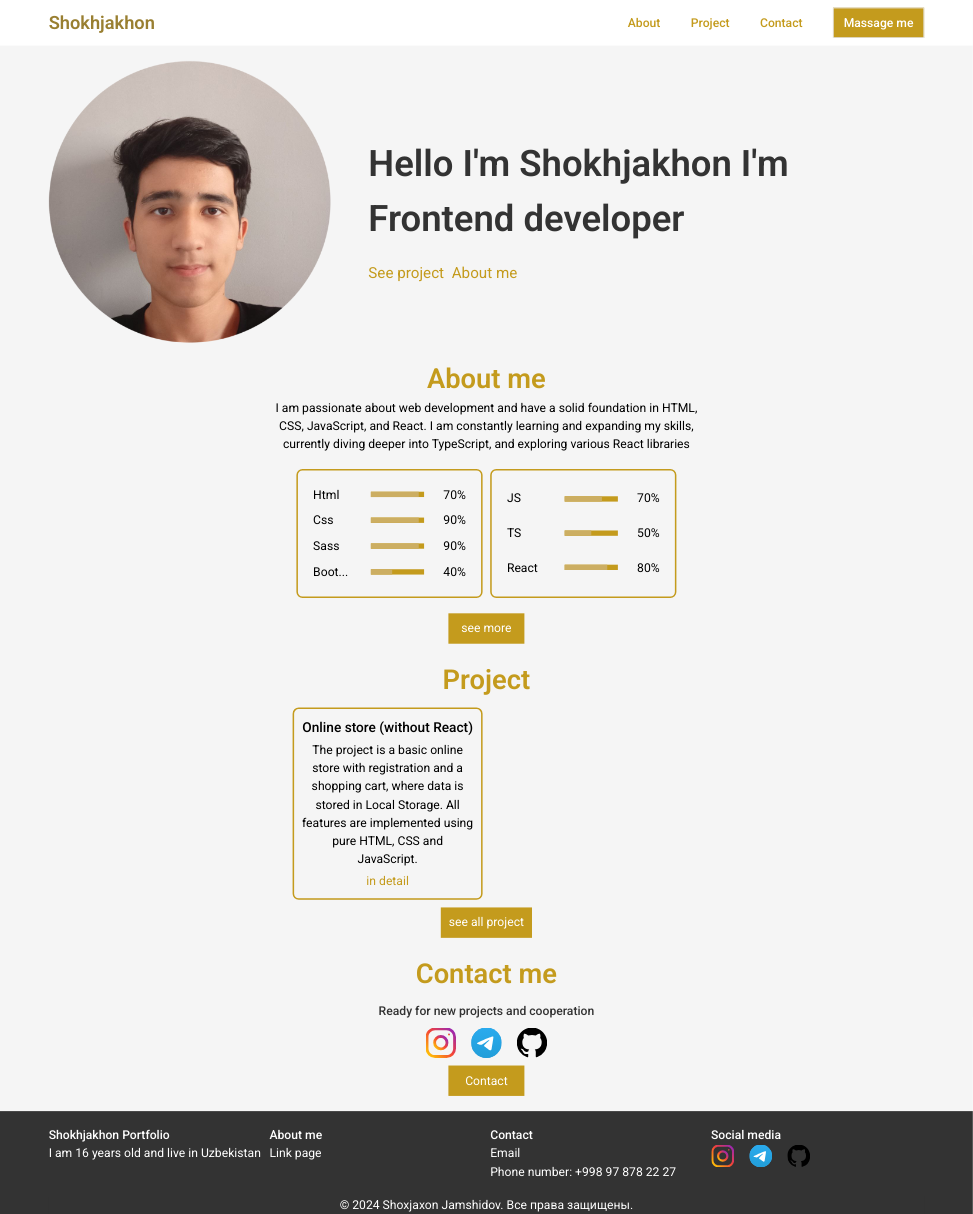
Repository: usershoh/My-Portfolio
Page: /
The author's editor kept a copy of each file at every save. The page is drawn from the files as they stood at one save, then again after a run of saves.
The browser window is 1280 px wide. The pictures show the whole page, at 76% of full size.
The project was rebuilt for these pictures with package versions that can differ from the ones it lists, and the page was loaded fresh each time. Also part of the build but not shown: vite.config.js, src/pages/blog/index.jsx, src/components/project/uzum-market/index.jsx, src/components/project/online-store/index.jsx, src/components/project/title/index.jsx, src/components/project/portfolio/index.jsx, src/pages/project/index.jsx, src/components/contact/title/index.jsx and 10 more.

Above is the page before, as saved 2024-12-09 14:05:24.

After the next 4 saves:
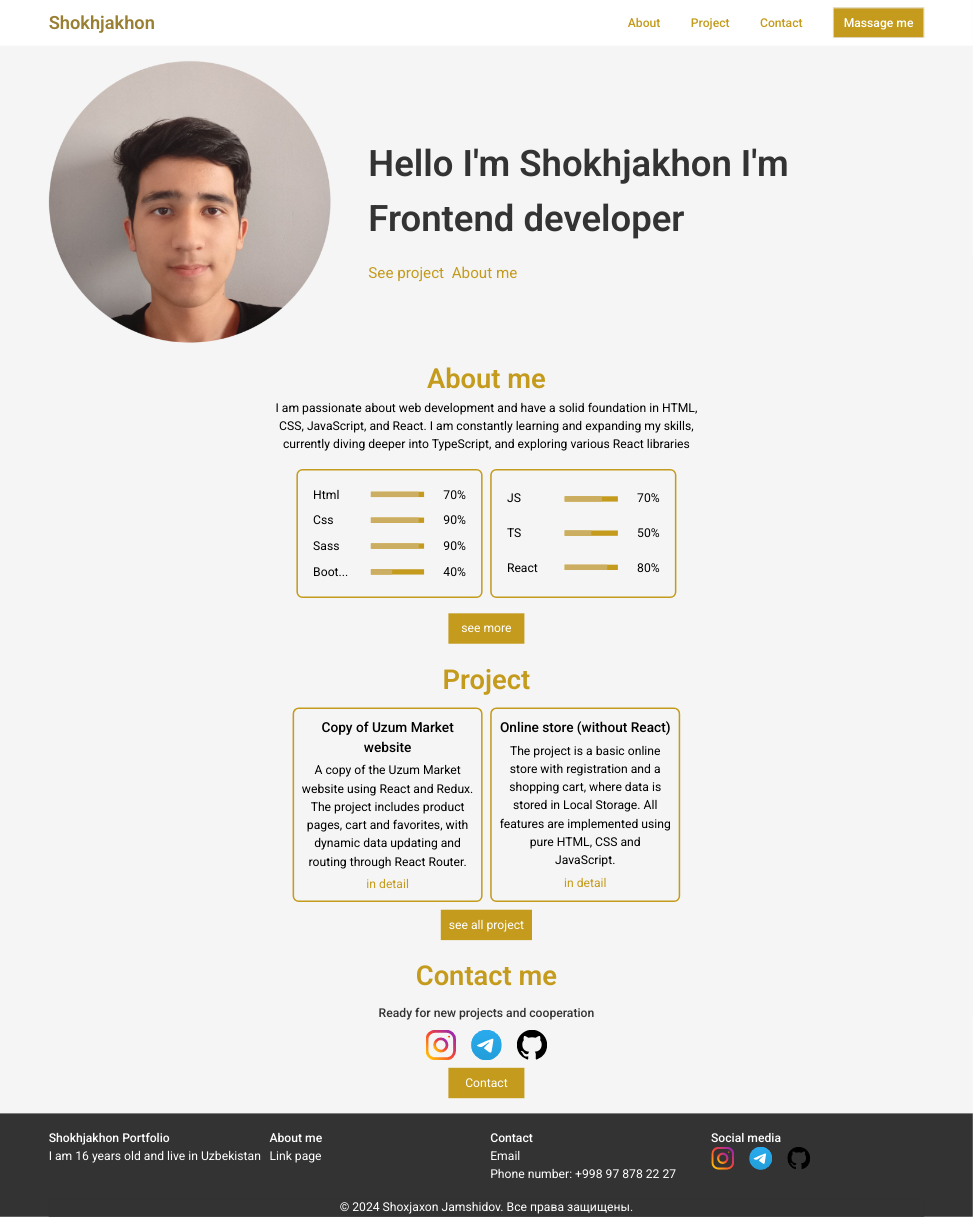
The 4 saves are shown as one change because they came seconds apart.
The last was saved 13 s later.
--- a/src/components/home/project/index.jsx
+++ b/src/components/home/project/index.jsx
@@ -1,6 +1,7 @@
 import React, { useState } from "react";
 import { useNavigate } from "react-router-dom";
 import uzumImg1 from "../../../assets/img/uzum market img1.png";
+import ProjectItem1 from "./project-item1";
 
 const Project = () => {
   const navigate = useNavigate();
@@ -10,7 +11,7 @@ const Project = () => {
       <h1 className="text-gold text-[36px] font-[600]">Project</h1>
 
       <div className="grid grid-cols-1 md:grid-cols-2 gap-[10px]">
-
+        <ProjectItem1 />
         <div className="border-[#c49b1d] border-[2px] p-[10px] rounded-lg md:w-[250px] grid gap-[5px]">
           <h1 className="text-[18px] font-medium">
             Online store (without React)
@@ -37,7 +38,10 @@ const Project = () => {
         </div>
       </div>
 
-      <button onClick={()=> navigate("/project")} className="w-[120px] h-[40px] m-auto text-[16px] text-white bg-gold hover:bg-hover">
+      <button
+        onClick={() => navigate("/project")}
+        className="w-[120px] h-[40px] m-auto text-[16px] text-white bg-gold hover:bg-hover"
+      >
         see all project
       </button>
     </section>
